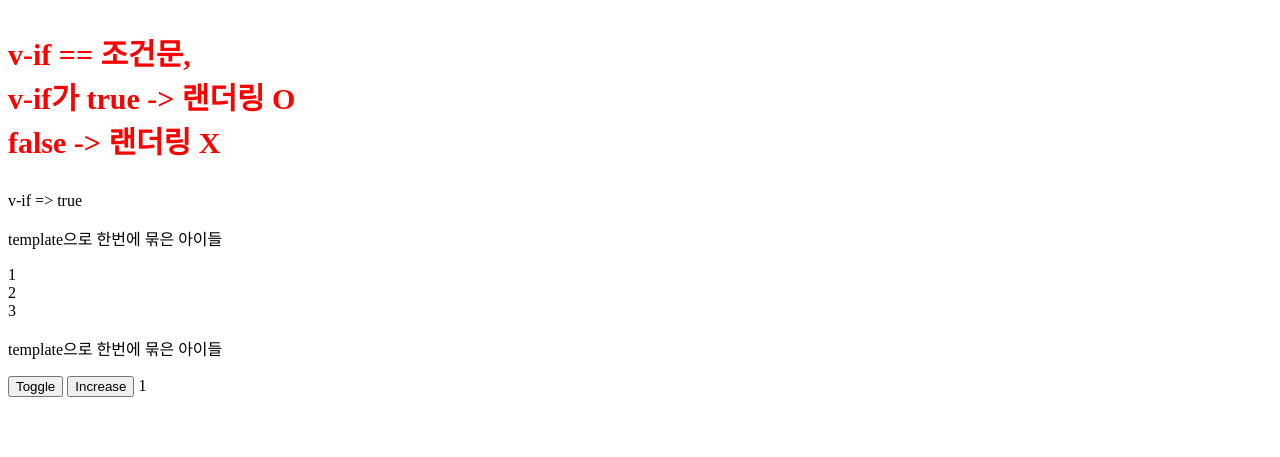
Repository: RyuGeunHwan/code_J
Page: Vuejs/22-08-10 vuejs v-if and v-show.html
An editor plug-in stored every save of this project. The page is shown before and after the next save, followed by the edit.
The browser window is 1280 px wide. The pictures show the whole page.

Above is the page before, as saved 2022-08-10 09:43:54.

After the next save:
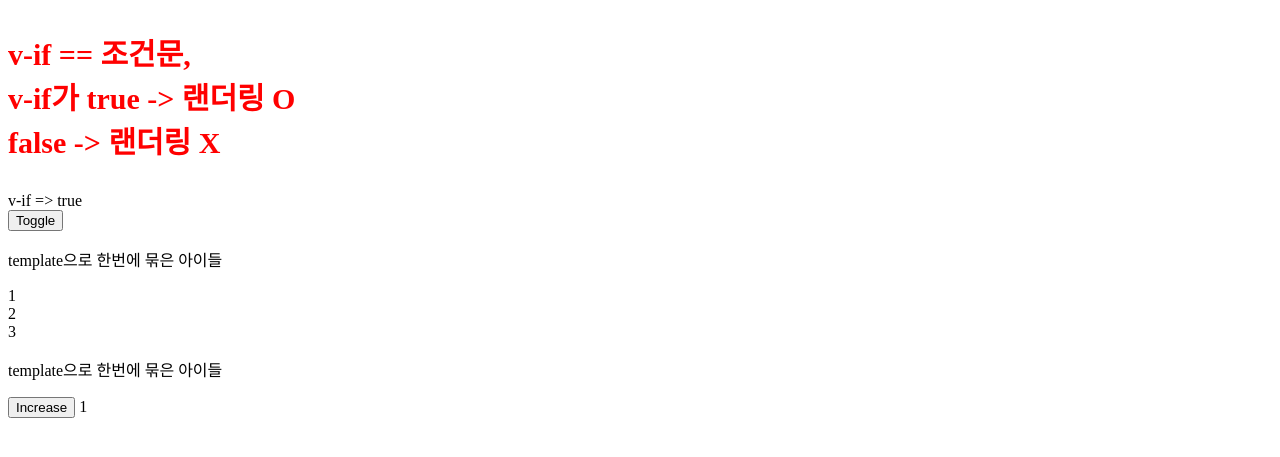
Saved 94 s later.
--- a/Vuejs/22-08-10 vuejs v-if and v-show.html
+++ b/Vuejs/22-08-10 vuejs v-if and v-show.html
@@ -12,6 +12,9 @@
         <p :style="styleObject">v-if == 조건문, <br> v-if가 true -> 랜더링 O <br> false -> 랜더링 X</p>
 
         <div v-if="show">v-if => true</div>
+        <div v-else>v-else</div>
+        <button @click="toggleShow">Toggle</button>
+
         <!-- 여러개의 태그를 한번에 없애고 나타나게 하는 방법 -->
         <template v-if="number === 1">
         <p>template으로 한번에 묶은 아이들</p>
@@ -22,8 +25,7 @@
         </template>
         <!-- 여러개의 태그를 한번에 없애고 나타나게 하는 방법 -->
         <div v-else-if="number === 2">Hello</div>
-        <div v-else>v-else</div>
-        <button @click="toggleShow">Toggle</button>
+        <div v-else>number 3</div>
         <button @click="increaseNumber">Increase</button> {{number}}
     </div>
     <script>
